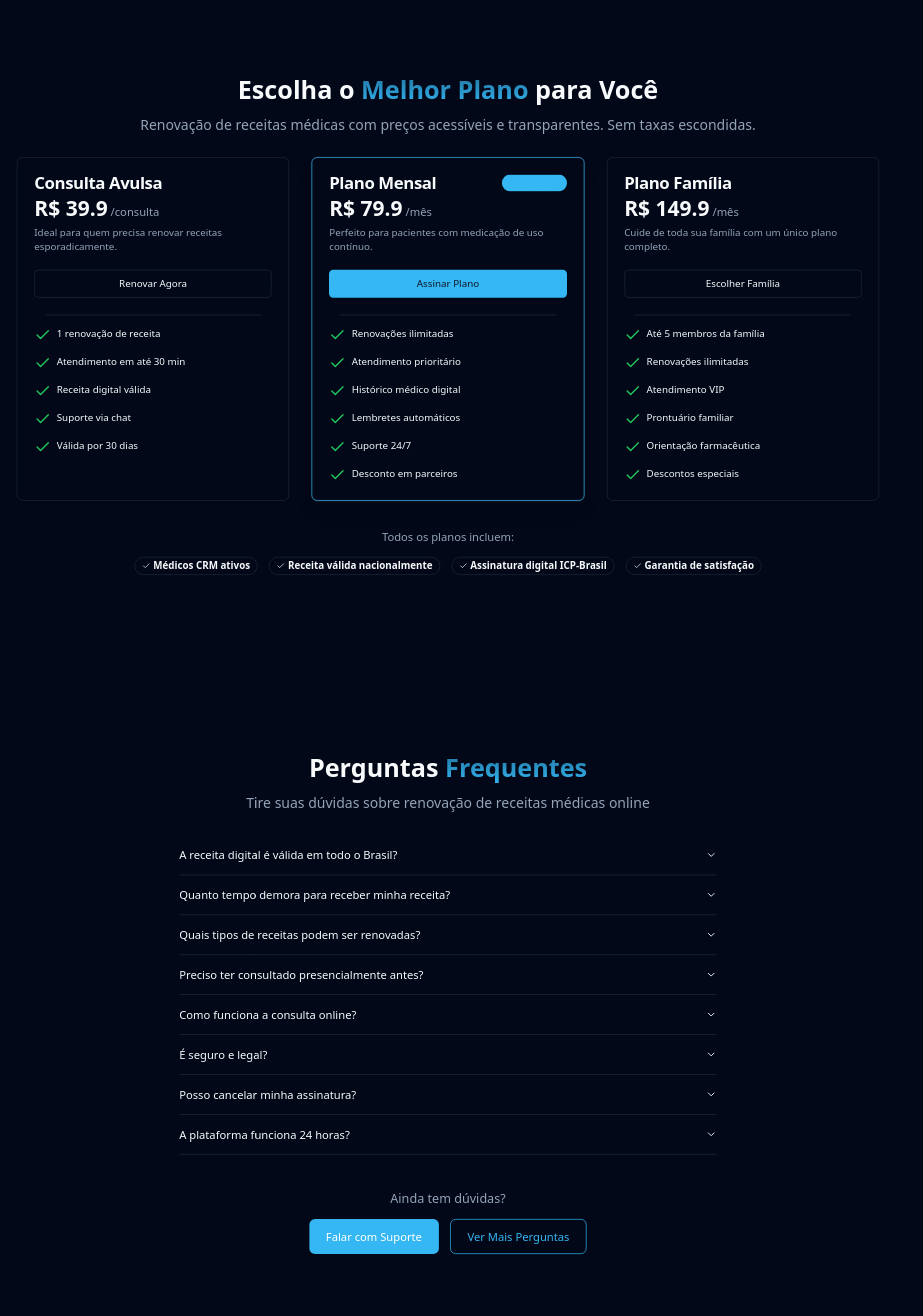
Repository: xoiurp/saude-digital
Page: /
The author's editor kept a copy of each file at every save. The page is drawn from the files as they stood at one save, then again after the next save.
The browser window is 1280 px wide. The page is 1318 px wide, so the pictures cover 1318 px, including what lies to the right of the window. The pictures show the part of the page from y = 4238 to 6118 px (the page is 6945 px tall before and 6947 px after), at 70% of full size.
The project was rebuilt for these pictures with package versions that can differ from the ones it lists, and the page was loaded fresh each time. Also part of the build but not shown: vite.config.ts.

Above is the page before, as saved 2025-09-09 16:01:41.

### index.html
<!doctype html>
<html lang="pt-BR">
  <head>
    <meta charset="UTF-8" />
    <link rel="icon" type="image/svg+xml" href="/vite.svg" />
    <meta name="viewport" content="width=device-width, initial-scale=1.0" />
    <meta name="description" content="Renove sua receita médica online com segurança e praticidade. Consulta médica 24h, receita digital válida em todo Brasil. Renovação em minutos!">
    <meta name="keywords" content="renovar receita, receita médica online, telemedicina, consulta online, receita digital">
    <title>RenovaReceitas - Renovação de Receitas Médicas Online 24h</title>
  </head>
  <body>
    <div id="root"></div>
    <script type="module" src="/src/main.tsx"></script>
  </body>
</html>

### src/App.tsx
import { About } from "./components/About";
import { Cta } from "./components/Cta";
import { FAQ } from "./components/FAQ";
import { Features } from "./components/Features";
import { Footer } from "./components/Footer";
import { Hero } from "./components/Hero";
import { HowItWorks } from "./components/HowItWorks";
import { Navbar } from "./components/Navbar";
import { Newsletter } from "./components/Newsletter";
import { Pricing } from "./components/Pricing";
import { Sponsors } from "./components/Sponsors";
import { Team } from "./components/Team";
import { Testimonials } from "./components/Testimonials";
import { WhatsAppButton } from "./components/WhatsAppButton";
import "./App.css";

function App() {
  return (
    <>
      <Navbar />
      <Hero />
      <Features />
      <HowItWorks />
      <Cta />
      <Testimonials />
      <Pricing />
      <FAQ />
      <Newsletter />
      <Footer />
      <WhatsAppButton />
    </>
  );
}

export default App;

### src/components/theme-provider.tsx
import { createContext, useContext, useEffect, useState } from "react";

type Theme = "dark" | "light" | "system";

type ThemeProviderProps = {
  children: React.ReactNode;
  defaultTheme?: Theme;
  storageKey?: string;
};

type ThemeProviderState = {
  theme: Theme;
  setTheme: (theme: Theme) => void;
};

const initialState: ThemeProviderState = {
  theme: "system",
  setTheme: () => null,
};

const ThemeProviderContext = createContext<ThemeProviderState>(initialState);

export function ThemeProvider({
  children,
  defaultTheme = "dark",
  storageKey = "vite-ui-theme",
  ...props
}: ThemeProviderProps) {
  const [theme, setTheme] = useState<Theme>(
    () => (localStorage.getItem(storageKey) as Theme) || defaultTheme
  );

  useEffect(() => {
    const root = window.document.documentElement;

    root.classList.remove("light", "dark");

    if (theme === "system") {
      const systemTheme = window.matchMedia("(prefers-color-scheme: dark)")
        .matches
        ? "dark"
        : "light";

      root.classList.add(systemTheme);
      return;
    }

    root.classList.add(theme);
  }, [theme]);

  const value = {
    theme,
    setTheme: (theme: Theme) => {
      localStorage.setItem(storageKey, theme);
      setTheme(theme);
    },
  };

  return (
    <ThemeProviderContext.Provider
      {...props}
      value={value}
    >
      {children}
    </ThemeProviderContext.Provider>
  );
}

export const useTheme = () => {
  const context = useContext(ThemeProviderContext);

  if (context === undefined)
    throw new Error("useTheme must be used within a ThemeProvider");

  return context;
};

### src/components/Newsletter.tsx
import { Button } from "./ui/button";
import { Input } from "./ui/input";

export const Newsletter = () => {
  const handleSubmit = (e: any) => {
    e.preventDefault();
    console.log("Cadastrar-sed!");
  };

  return (
    <section id="Newsletter">
      <hr className="w-11/12 mx-auto" />

      <div className="container py-24 sm:py-32">
        <h3 className="text-center text-4xl md:text-5xl font-bold">
          Cadastra-se para receber{" "}
          <span className="bg-gradient-to-b from-primary/60 to-primary text-transparent bg-clip-text">
            Newsletter
          </span>
        </h3>
        <p className="text-xl text-muted-foreground text-center mt-4 mb-8">
          Enviaremos apenas o necessário.
        </p>

        <form
          className="flex flex-col w-full md:flex-row md:w-6/12 lg:w-4/12 mx-auto gap-4 md:gap-2"
          onSubmit={handleSubmit}
        >
          <Input
            placeholder="leomirandadev@gmail.com"
            className="bg-muted/50 dark:bg-muted/80 "
            aria-label="email"
          />
          <Button>Cadastrar-se</Button>
        </form>
      </div>

      <hr className="w-11/12 mx-auto" />
    </section>
  );
};

### src/components/Pricing.tsx
import { Badge } from "@/components/ui/badge";
import { Button } from "@/components/ui/button";
import {
  Card,
  CardContent,
  CardDescription,
  CardFooter,
  CardHeader,
  CardTitle,
} from "@/components/ui/card";
import { Check, X } from "lucide-react";

enum PopularPlanType {
  NO = 0,
  YES = 1,
}

interface PricingProps {
  title: string;
  popular: PopularPlanType;
  price: number;
  description: string;
  buttonText: string;
  benefitList: string[];
  limitations?: string[];
}

const pricingList: PricingProps[] = [
  {
    title: "Consulta Avulsa",
    popular: 0,
    price: 39.90,
    description:
      "Ideal para quem precisa renovar receitas esporadicamente.",
    buttonText: "Renovar Agora",
    benefitList: [
      "1 renovação de receita",
      "Atendimento em até 30 min",
      "Receita digital válida",
      "Suporte via chat",
      "Válida por 30 dias",
    ],
  },
  {
    title: "Plano Mensal",
    popular: 1,
    price: 79.90,
    description:
      "Perfeito para pacientes com medicação de uso contínuo.",
    buttonText: "Assinar Plano",
    benefitList: [
      "Renovações ilimitadas",
      "Atendimento prioritário",
      "Histórico médico digital",
      "Lembretes automáticos",
      "Suporte 24/7",
      "Desconto em parceiros",
    ],
  },
  {
    title: "Plano Família",
    popular: 0,
    price: 149.90,
    description:
      "Cuide de toda sua família com um único plano completo.",
    buttonText: "Escolher Família",
    benefitList: [
      "Até 5 membros da família",
      "Renovações ilimitadas",
      "Atendimento VIP",
      "Prontuário familiar",
      "Orientação farmacêutica",
      "Descontos especiais",
    ],
  },
];

export const Pricing = () => {
  return (
    <section
      id="pricing"
      className="container py-24 sm:py-32"
    >
      <h2 className="text-3xl md:text-4xl font-bold text-center">
        Escolha o
        <span className="bg-gradient-to-b from-primary/60 to-primary text-transparent bg-clip-text">
          {" "}
          Melhor Plano{" "}
        </span>
        para Você
      </h2>
      <h3 className="text-xl text-center text-muted-foreground pt-4 pb-8">
        Renovação de receitas médicas com preços acessíveis e transparentes.
        Sem taxas escondidas.
      </h3>
      <div className="grid md:grid-cols-2 lg:grid-cols-3 gap-8">
        {pricingList.map((pricing: PricingProps) => (
          <Card
            key={pricing.title}
            className={
              pricing.popular === PopularPlanType.YES
                ? "drop-shadow-xl shadow-black/10 dark:shadow-white/10 border-primary"
                : ""
            }
          >
            <CardHeader>
              <CardTitle className="flex item-center justify-between">
                {pricing.title}
                {pricing.popular === PopularPlanType.YES ? (
                  <Badge
                    variant="default"
                    className="text-s text-primary"
                  >
                    Mais popular
                  </Badge>
                ) : null}
              </CardTitle>
              <div>
                <span className="text-3xl font-bold">R$ {pricing.price}</span>
                <span className="text-muted-foreground"> /{pricing.title === "Consulta Avulsa" ? "consulta" : "mês"}</span>
              </div>

              <CardDescription>{pricing.description}</CardDescription>
            </CardHeader>

            <CardContent>
              <Button
                className="w-full"
                variant={pricing.popular === PopularPlanType.YES ? "default" : "outline"}
              >
                {pricing.buttonText}
              </Button>
            </CardContent>

            <hr className="w-4/5 m-auto mb-4" />

            <CardFooter className="flex">
              <div className="space-y-4">
                {pricing.benefitList.map((benefit: string) => (
                  <span
                    key={benefit}
                    className="flex"
                  >
                    <Check className="text-green-500 mr-2" />
                    <h3 className="text-sm">{benefit}</h3>
                  </span>
                ))}
              </div>
            </CardFooter>
          </Card>
        ))}
      </div>

      <div className="mt-10 text-center">
        <p className="text-muted-foreground mb-4">
          Todos os planos incluem:
        </p>
        <div className="flex flex-wrap justify-center gap-4">
          <Badge variant="outline" className="text-sm">
            <Check className="h-3 w-3 mr-1" />
            Médicos CRM ativos
          </Badge>
          <Badge variant="outline" className="text-sm">
            <Check className="h-3 w-3 mr-1" />
            Receita válida nacionalmente
          </Badge>
          <Badge variant="outline" className="text-sm">
            <Check className="h-3 w-3 mr-1" />
            Assinatura digital ICP-Brasil
          </Badge>
          <Badge variant="outline" className="text-sm">
            <Check className="h-3 w-3 mr-1" />
            Garantia de satisfação
          </Badge>
        </div>
      </div>
    </section>
  );
};

### src/components/WhatsAppButton.tsx
import { MessageCircle } from "lucide-react";

export const WhatsAppButton = () => {
  const whatsappUrl = "http://wa.me/5516981747790";

  return (
    <a
      href={whatsappUrl}
      target="_blank"
      rel="noopener noreferrer"
      className="fixed bottom-6 right-6 z-50 bg-green-500 hover:bg-green-600 text-white p-4 rounded-full shadow-lg transition-all duration-300 hover:scale-110 flex items-center justify-center group"
      aria-label="Contato via WhatsApp"
    >
      <MessageCircle className="h-6 w-6" />
      <span className="absolute right-full mr-3 bg-gray-800 text-white text-sm px-3 py-2 rounded-lg opacity-0 group-hover:opacity-100 transition-opacity duration-300 whitespace-nowrap">
        Fale conosco no WhatsApp
      </span>
    </a>
  );
};

### src/App.css
@tailwind base;
@tailwind components;
@tailwind utilities;

@layer base {
  /* Light mode - Medical theme with blue and green tones */
  :root {
    --background: 0 0% 100%;
    --foreground: 222.2 84% 4.9%;

    --card: 0 0% 100%;
    --card-foreground: 222.2 84% 4.9%;

    --popover: 0 0% 100%;
    --popover-foreground: 222.2 84% 4.9%;

    /* Primary - Medical Blue */
    --primary: 199 89% 48%;
    --primary-foreground: 0 0% 100%;

    /* Secondary - Soft Green */
    --secondary: 142 76% 36%;
    --secondary-foreground: 0 0% 100%;

    --muted: 210 40% 96.1%;
    --muted-foreground: 215.4 16.3% 46.9%;

    --accent: 210 40% 96.1%;
    --accent-foreground: 222.2 47.4% 11.2%;

    --destructive: 0 84.2% 60.2%;
    --destructive-foreground: 210 40% 98%;

    --border: 214.3 31.8% 91.4%;
    --input: 214.3 31.8% 91.4%;
    --ring: 199 89% 48%;

    --radius: 0.5rem;
  }

  /* Dark mode - Medical theme */
  .dark {
    --background: 222.2 84% 4.9%;
    --foreground: 210 40% 98%;

    --card: 222.2 84% 4.9%;
    --card-foreground: 210 40% 98%;

    --popover: 222.2 84% 4.9%;
    --popover-foreground: 210 40% 98%;

    /* Primary - Medical Blue (lighter for dark mode) */
    --primary: 199 89% 58%;
    --primary-foreground: 222.2 47.4% 11.2%;

    /* Secondary - Soft Green (lighter for dark mode) */
    --secondary: 142 76% 46%;
    --secondary-foreground: 222.2 47.4% 11.2%;

    --muted: 217.2 32.6% 17.5%;
    --muted-foreground: 215 20.2% 65.1%;

    --accent: 217.2 32.6% 17.5%;
    --accent-foreground: 210 40% 98%;

    --destructive: 0 62.8% 30.6%;
    --destructive-foreground: 210 40% 98%;

    --border: 217.2 32.6% 17.5%;
    --input: 217.2 32.6% 17.5%;
    --ring: 199 89% 58%;
  }
}

@layer base {
  * {
    @apply border-border;
  }
  body {
    @apply bg-background text-foreground;
  }
}

### src/components/ui/badge.tsx
import * as React from "react"
import { cva, type VariantProps } from "class-variance-authority"

import { cn } from "@/lib/utils"

const badgeVariants = cva(
  "inline-flex items-center rounded-full border px-2.5 py-0.5 text-xs font-semibold transition-colors focus:outline-none focus:ring-2 focus:ring-ring focus:ring-offset-2",
  {
    variants: {
      variant: {
        default:
          "border-transparent bg-primary text-primary-foreground hover:bg-primary/80",
        secondary:
          "border-transparent bg-secondary text-secondary-foreground hover:bg-secondary/80",
        destructive:
          "border-transparent bg-destructive text-destructive-foreground hover:bg-destructive/80",
        outline: "text-foreground",
      },
    },
    defaultVariants: {
      variant: "default",
    },
  }
)

export interface BadgeProps
  extends React.HTMLAttributes<HTMLDivElement>,
    VariantProps<typeof badgeVariants> {}

function Badge({ className, variant, ...props }: BadgeProps) {
  return (
    <div className={cn(badgeVariants({ variant }), className)} {...props} />
  )
}

export { Badge, badgeVariants }

### src/components/mode-toggle.tsx
import { Button } from "@/components/ui/button";
import {
  DropdownMenu,
  DropdownMenuContent,
  DropdownMenuItem,
  DropdownMenuTrigger,
} from "@/components/ui/dropdown-menu";
import { useTheme } from "@/components/theme-provider";
import { Moon, Sun } from "lucide-react";

export function ModeToggle() {
  const { setTheme } = useTheme();

  return (
    <DropdownMenu>
      <DropdownMenuTrigger asChild>
        <Button
          variant="ghost"
          size="icon"
          className="ghost"
        >
          <Sun className="h-[1.1rem] w-[1.2rem] rotate-0 scale-100 transition-all dark:-rotate-90 dark:scale-0" />
          <Moon className="absolute h-[1.1rem] w-[1.2rem] rotate-90 scale-0 transition-all dark:rotate-0 dark:scale-100" />
          <span className="sr-only">Toggle theme</span>
        </Button>
      </DropdownMenuTrigger>
      <DropdownMenuContent align="end">
        <DropdownMenuItem onClick={() => setTheme("light")}>
          Light
        </DropdownMenuItem>
        <DropdownMenuItem onClick={() => setTheme("dark")}>
          Dark
        </DropdownMenuItem>
        <DropdownMenuItem onClick={() => setTheme("system")}>
          System
        </DropdownMenuItem>
      </DropdownMenuContent>
    </DropdownMenu>
  );
}

### src/components/ui/input.tsx
import * as React from "react"

import { cn } from "@/lib/utils"

export interface InputProps
  extends React.InputHTMLAttributes<HTMLInputElement> {}

const Input = React.forwardRef<HTMLInputElement, InputProps>(
  ({ className, type, ...props }, ref) => {
    return (
      <input
        type={type}
        className={cn(
          "flex h-10 w-full rounded-md border border-input bg-background px-3 py-2 text-sm ring-offset-background file:border-0 file:bg-transparent file:text-sm file:font-medium placeholder:text-muted-foreground focus-visible:outline-none focus-visible:ring-2 focus-visible:ring-ring focus-visible:ring-offset-2 disabled:cursor-not-allowed disabled:opacity-50",
          className
        )}
        ref={ref}
        {...props}
      />
    )
  }
)
Input.displayName = "Input"

export { Input }

### src/components/ui/avatar.tsx
import * as React from "react";
import * as AvatarPrimitive from "@radix-ui/react-avatar";

import { cn } from "@/lib/utils";

const Avatar = React.forwardRef<
  React.ElementRef<typeof AvatarPrimitive.Root>,
  React.ComponentPropsWithoutRef<typeof AvatarPrimitive.Root>
>(({ className, ...props }, ref) => (
  <AvatarPrimitive.Root
    ref={ref}
    className={cn(
      "relative flex h-10 w-10 shrink-0 overflow-hidden rounded-full",
      className
    )}
    {...props}
  />
));
Avatar.displayName = AvatarPrimitive.Root.displayName;

const AvatarImage = React.forwardRef<
  React.ElementRef<typeof AvatarPrimitive.Image>,
  React.ComponentPropsWithoutRef<typeof AvatarPrimitive.Image>
>(({ className, ...props }, ref) => (
  <AvatarPrimitive.Image
    ref={ref}
    className={cn("aspect-square h-full w-full", className)}
    {...props}
  />
));
AvatarImage.displayName = AvatarPrimitive.Image.displayName;

const AvatarFallback = React.forwardRef<
  React.ElementRef<typeof AvatarPrimitive.Fallback>,
  React.ComponentPropsWithoutRef<typeof AvatarPrimitive.Fallback>
>(({ className, ...props }, ref) => (
  <AvatarPrimitive.Fallback
    ref={ref}
    className={cn(
      "flex h-full w-full items-center justify-center rounded-full bg-muted",
      className
    )}
    {...props}
  />
));
AvatarFallback.displayName = AvatarPrimitive.Fallback.displayName;

export { Avatar, AvatarImage, AvatarFallback };

Loaded but not shown: src/main.tsx (common file); src/index.css (common file); src/lib/utils.ts (common file); tailwind.config.js (common file); src/components/Icons.tsx (664 lines, source omitted); src/components/ui/dropdown-menu.tsx (198 lines, source omitted); src/components/ui/navigation-menu.tsx (128 lines, source omitted); src/components/HeroCards.tsx (133 lines, source omitted); src/components/ui/sheet.tsx (138 lines, source omitted); src/components/FAQ.tsx (109 lines, source omitted); src/components/Footer.tsx (168 lines, source omitted); src/components/Navbar.tsx (142 lines, source omitted); src/components/Features.tsx (137 lines, source omitted); src/components/HowItWorks.tsx (118 lines, source omitted); src/components/Testimonials.tsx (111 lines, source omitted); src/components/Hero.tsx (66 lines, source omitted); src/components/Cta.tsx (50 lines, source omitted); src/components/ui/accordion.tsx (60 lines, source omitted); src/components/ui/card.tsx (79 lines, source omitted); src/components/ui/button.tsx (56 lines, source omitted)

After the next save:
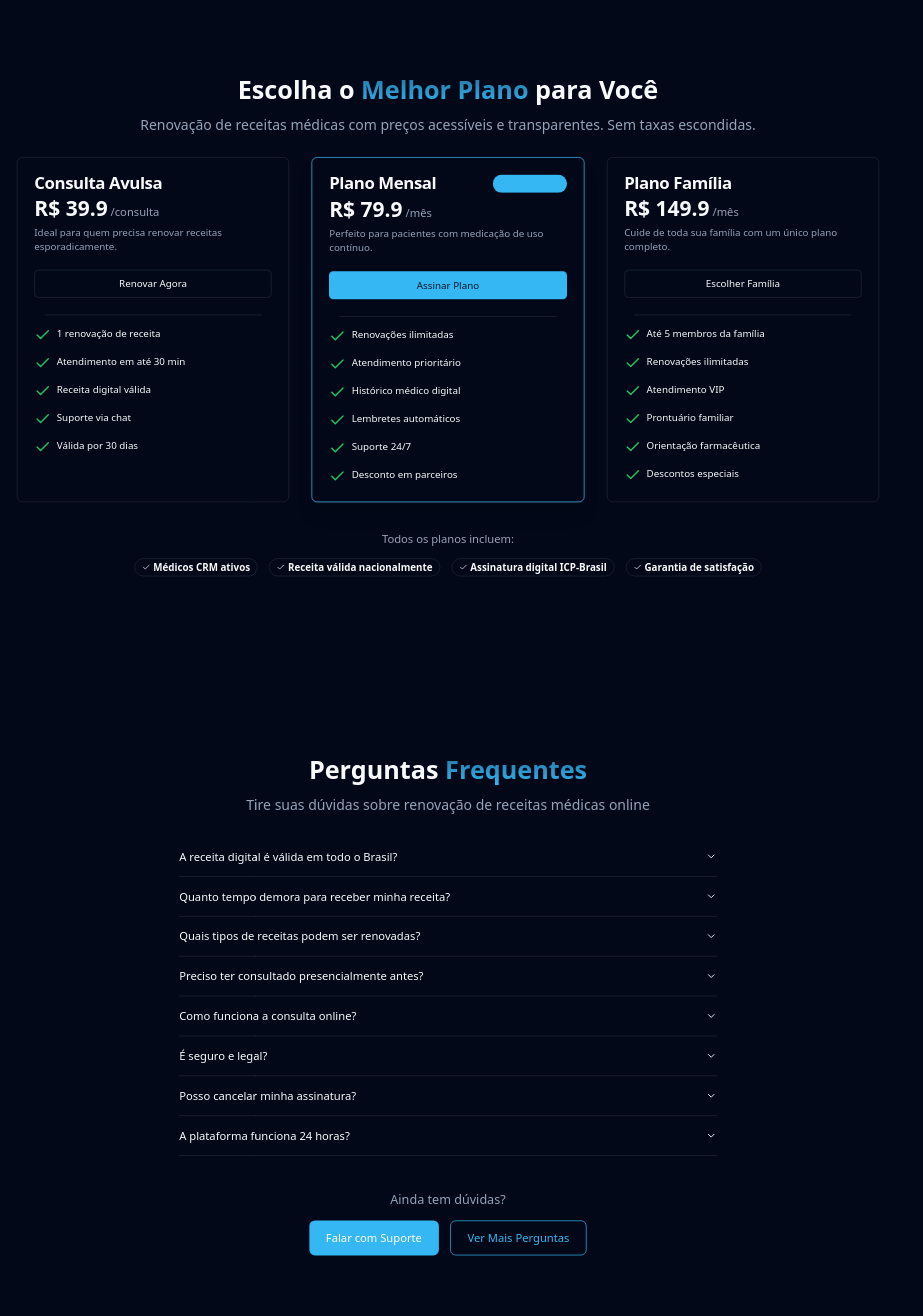
Saved 5 s later.
--- a/src/components/Pricing.tsx
+++ b/src/components/Pricing.tsx
@@ -109,7 +109,7 @@
                 {pricing.popular === PopularPlanType.YES ? (
                   <Badge
                     variant="default"
-                    className="text-s text-primary"
+                    className="text-sm text-primary"
                   >
                     Mais popular
                   </Badge>

After the save that followed:
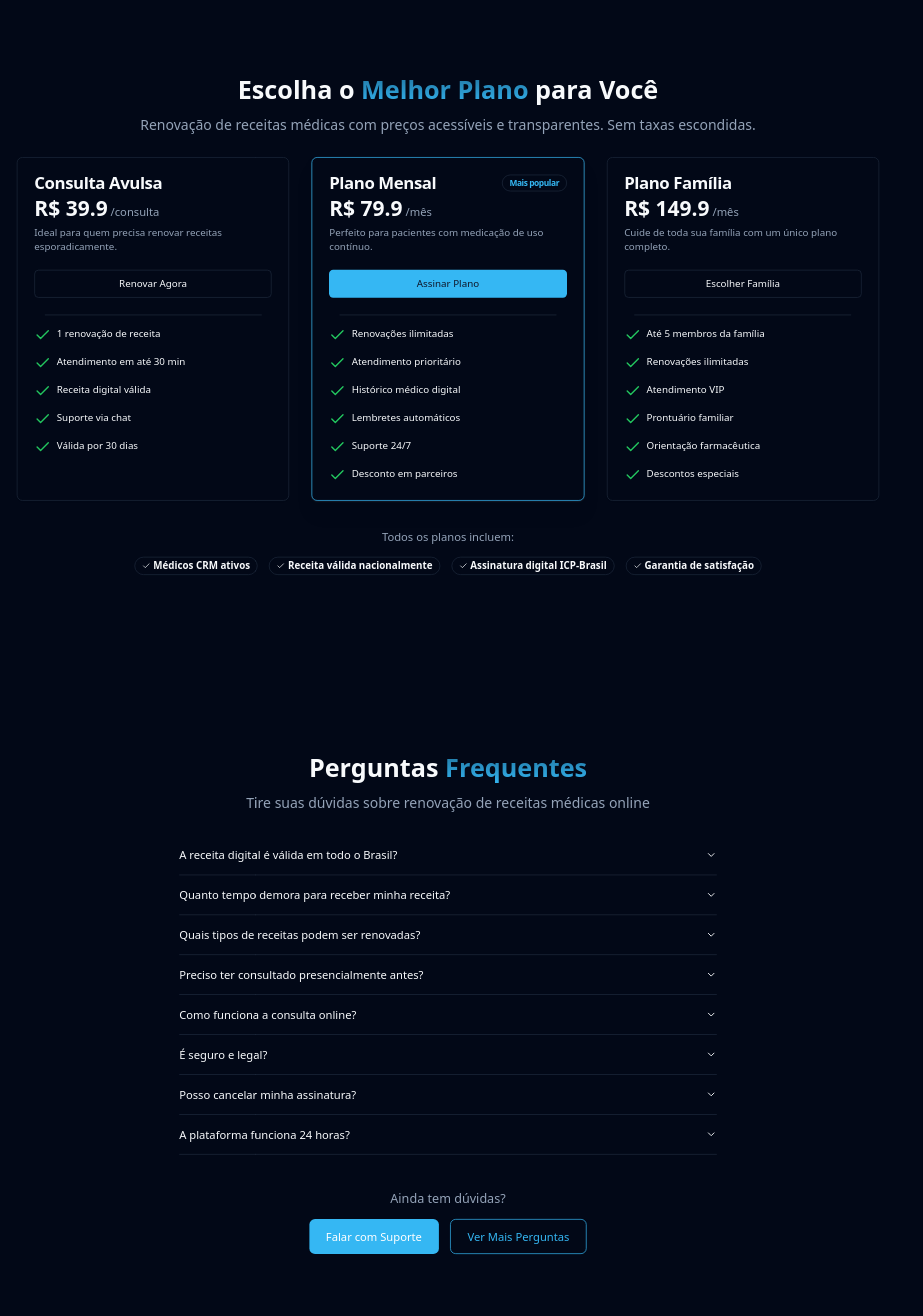
Saved 7 s later.
--- a/src/components/Pricing.tsx
+++ b/src/components/Pricing.tsx
@@ -108,8 +108,8 @@
                 {pricing.title}
                 {pricing.popular === PopularPlanType.YES ? (
                   <Badge
-                    variant="default"
-                    className="text-sm text-primary"
+                    variant="filled"
+                    className="text-s text-primary"
                   >
                     Mais popular
                   </Badge>
